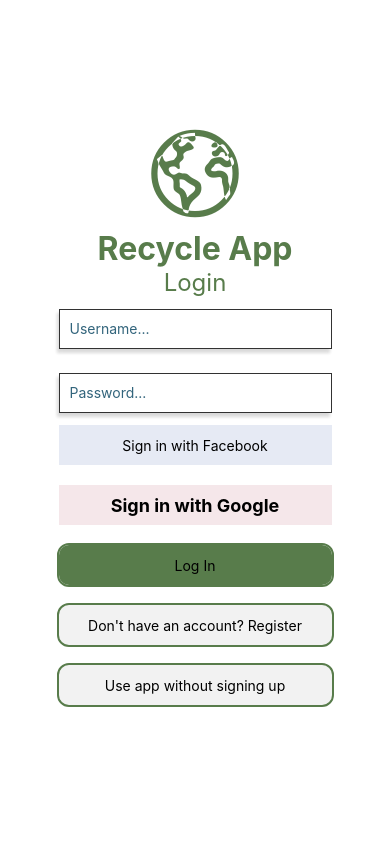
Repository: ct-pham/COMP4511
Screen: / (app in comp4511/)
These files come from the project's save history. The screen is drawn as it stood at one moment and after the next save; the edit follows.
The app was drawn by React Native's web renderer in a window 390 px wide. The project was rebuilt for these pictures with package versions that can differ from the ones it lists, and the page was loaded fresh each time.

Above is the screen before, as saved 2022-11-07 16:50:20.

### comp4511/App.js

// import { NavigationContainer } from 'react-navigation/native';
// import { createNativeStackNavigator } from 'react-navigation/native-stack';
import Login from './Components/Login';
//import Register from './Components/Register';

export default function App() {
  return (
    // <NavigationContainer>
    //   <Stack.Navigator initialRouteName="Home">
    //     <Stack.Screen name="Login" component={Login} />
    //     <Stack.Screen name="Register" component={Register} />
    //   </Stack.Navigator>
    // </NavigationContainer>
    <Login />
  );
}

### comp4511/Components/Login.js
import {
    StyleSheet,
    Text,
    View,
    TextInput,
    TouchableOpacity,
} from 'react-native';

import FontAwesome from 'react-native-vector-icons/FontAwesome';

import Icon from 'react-native-vector-icons/Ionicons';

export default function Login( {navigation}) {
    return (
        <View style={styles.container}>
            <View>
                <Icon
                    name = "earth-outline"
                    size = {100}
                    color = "#587C4B"
                />
            </View>

            <Text style = {styles.title}>Recycle App</Text>
            <Text style = {styles.subtitle}>Login</Text>
            <View style={styles.inputView}>
                <TextInput
                    style={styles.TextInput}
                    placeholder="Username..."
                    placeholderTextColor="#003f5c"
                />
            </View>

            <View style={styles.inputView}>
                <TextInput
                    style={styles.TextInput}
                    placeholder="Password..."
                    placeholderTextColor="#003f5c"
                    secureTextEntry={true}
                />
            </View>

            <TouchableOpacity
                style = {[styles.socialBtn, {backgroundColor: '#e6eaf4'}]}
            >
                <View style={styles.iconWrapper}>
                    <FontAwesome  />
                </View>
                <View style={styles.btnTxtWrapper}>
                    <Text >Sign in with Facebook</Text>
                </View>
            </TouchableOpacity>
            <TouchableOpacity
                style = {[styles.socialBtn, {backgroundColor: '#f5e7ea'}]}
            >
                <View style={styles.iconWrapper2}>
                    <FontAwesome  />
                </View>
                <View style={styles.btnTxtWrapper}>
                    <Text style = {styles.btnTxt}>Sign in with Google</Text>
                </View>
            </TouchableOpacity>


            <TouchableOpacity style = {styles.btnStyle}>
                <Text style={styles.loginBtn}>Log In</Text>
            </TouchableOpacity>

            <TouchableOpacity
                onPress = {console.log('Register')}
                style = {styles.btnStyle2}
            >
                <Text style={styles.loginBtn}>Don't have an account? Register</Text>
            </TouchableOpacity>

            <TouchableOpacity
                style = {styles.btnStyle2}
            >
                <Text style={styles.loginBtn}>Use app without signing up</Text>
            </TouchableOpacity>

        </View>
    );
}

const styles = StyleSheet.create({
    container: {
        flex: 1,
        backgroundColor: '#ffffff',
        alignItems: 'center',
        justifyContent: 'center',
    },
    inputView: {
        backgroundColor: '#ffffff',
        borderWidth: 1,
        borderColor: '#000000',
        height: 40,
        width: '70%',
        margin: 12,
        borderWidth: 1,
        padding: 10,
        shadowColor: '#171717',
        shadowOffset: {width: -2, height: 4},
        shadowOpacity: 0.2,
        shadowRadius: 3,
        opacity: 0.8,
    },
    button: {
        borderRadius: 25,
    },
    btnStyle: {
        backgroundColor: '#587C4B',
        outlineColor: '#587C4B',
        outlineWidth: 2,
        outlineStyle:  'solid',
        width: '70%',
        height: 40,
        alignItems: 'center',
        justifyContent: 'center',
        borderRadius: 10,
        marginBottom:20,
    },
    btnStyle2: {
        backgroundColor: '#F2F2F2',
        borderRadius: 10,
        outlineColor: '#587C4B',
        outlineWidth: 2,
        outlineStyle:  'solid',
        width: '70%',
        height: 40,
        alignItems: 'center',
        justifyContent: 'center',
        marginBottom: 20,
    },
    title: {
        fontSize: 32,
        fontWeight: 'bold',
        color: '#587C4B',
    },
    subtitle: {
        fontSize: 24,
        fontWeight: 'semibold',
        color: '#587C4B',
    },
    socialBtn: {
        width: '70%',
        height: 40,
        alignItems: 'center',
        justifyContent: 'center',
        marginBottom: 20,
    },
    btnTxt: {
        fontSize: 18,
        fontWeight: 'bold',
    }
});

After the next save:
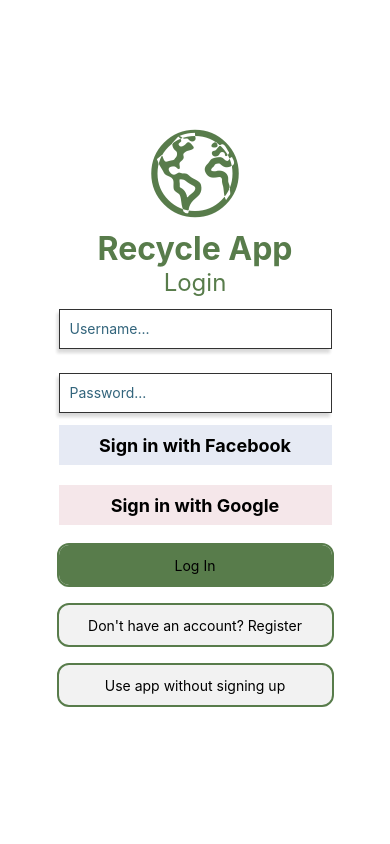
Saved 31 s later.
--- a/comp4511/Components/Login.js
+++ b/comp4511/Components/Login.js
@@ -47,7 +47,7 @@ export default function Login( {navigation}) {
                     <FontAwesome  />
                 </View>
                 <View style={styles.btnTxtWrapper}>
-                    <Text >Sign in with Facebook</Text>
+                    <Text style = {styles.btnTxt} >Sign in with Facebook</Text>
                 </View>
             </TouchableOpacity>
             <TouchableOpacity
